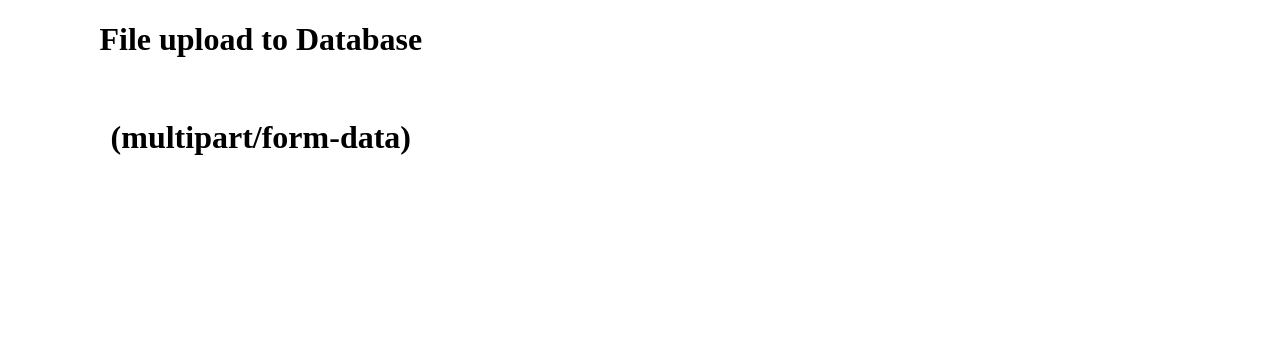
Repository: EchhOpp/Lab-WWW-JAVA-IUH
Page: NguyenThanhLuan_21123021_Tuan02/21123021_NguyenThanhLuan_T02_Bai07/src/main/webapp/index.html
The author's editor kept a copy of each file at every save. The page is drawn from the files as they stood at one save, then again after the next save.
The browser window is 1280 px wide. The pictures show the whole page.

Above is the page before, as saved 2024-08-28 07:44:27.

After the next save:
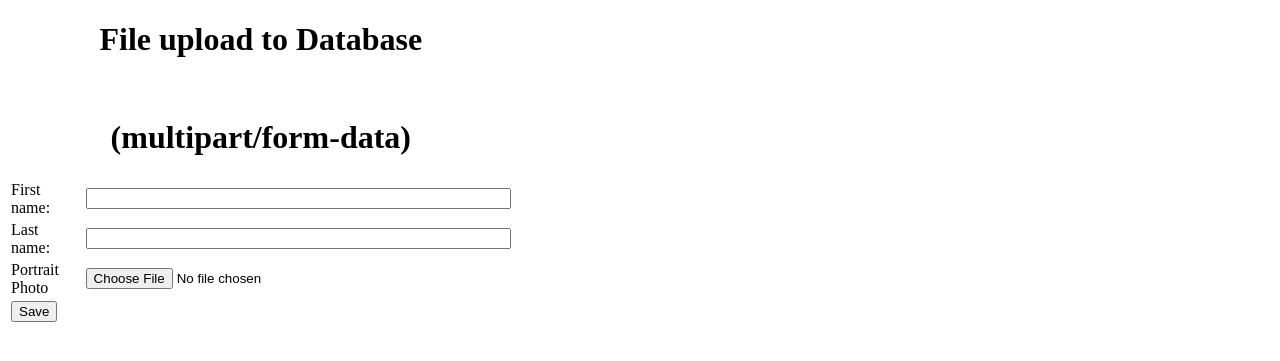
Saved 17 s later.
--- a/NguyenThanhLuan_21123021_Tuan02/21123021_NguyenThanhLuan_T02_Bai07/src/main/webapp/index.html
+++ b/NguyenThanhLuan_21123021_Tuan02/21123021_NguyenThanhLuan_T02_Bai07/src/main/webapp/index.html
@@ -13,6 +13,32 @@
 
         <form method="POST" action="FileUploadDBServlet" enctype="multipart/form-data">
         	<table>
+        		<tr>
+                    <td>First name:</td>
+                    <td>
+                        <input type="tetx" name="firstName" size="50">
+                    </td>
+                </tr>
+                <tr>
+                    <td>
+                        Last name:
+                    </td>
+                    <td>
+                        <input type="text" name="lastName" size="50">
+                    </td>
+                </tr>
+
+                <tr>
+                    <td>
+                        Portrait Photo
+                    </td>
+                    <td><input type="file" name="photo" size="50"></td>
+                </tr>
+                <tr>
+                    <td colspan="2">
+                        <input type="submit" value="Save">
+                    </td>
+                </tr>
         	</table>
         </form>
     </div>
